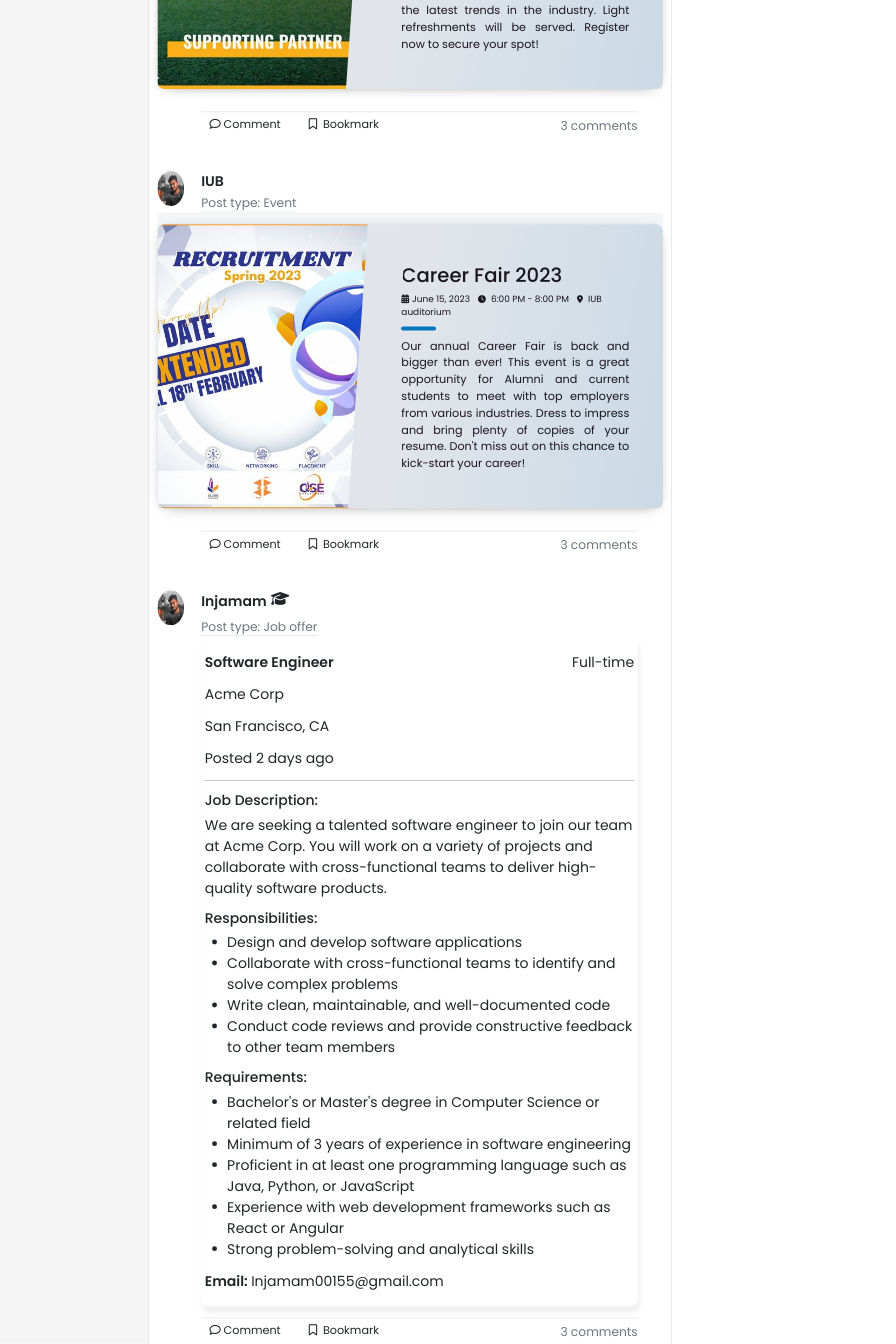
Repository: injamam00155/IUB_Alumni_Bridge
Page: Frontend/student/home.html
The author's editor kept a copy of each file at every save. The page is drawn from the files as they stood at one save, then again after the next save.
The browser window is 1280 px wide. The pictures show the part of the page from y = 995 to 2915 px (the page is 2915 px tall before and 2875 px after), at 70% of full size.
Some web fonts or font styles are not loaded; a fallback is used. Some web libraries are served in a nearby version.

Above is the page before, as saved 2023-04-04 21:26:37.

After the next save:
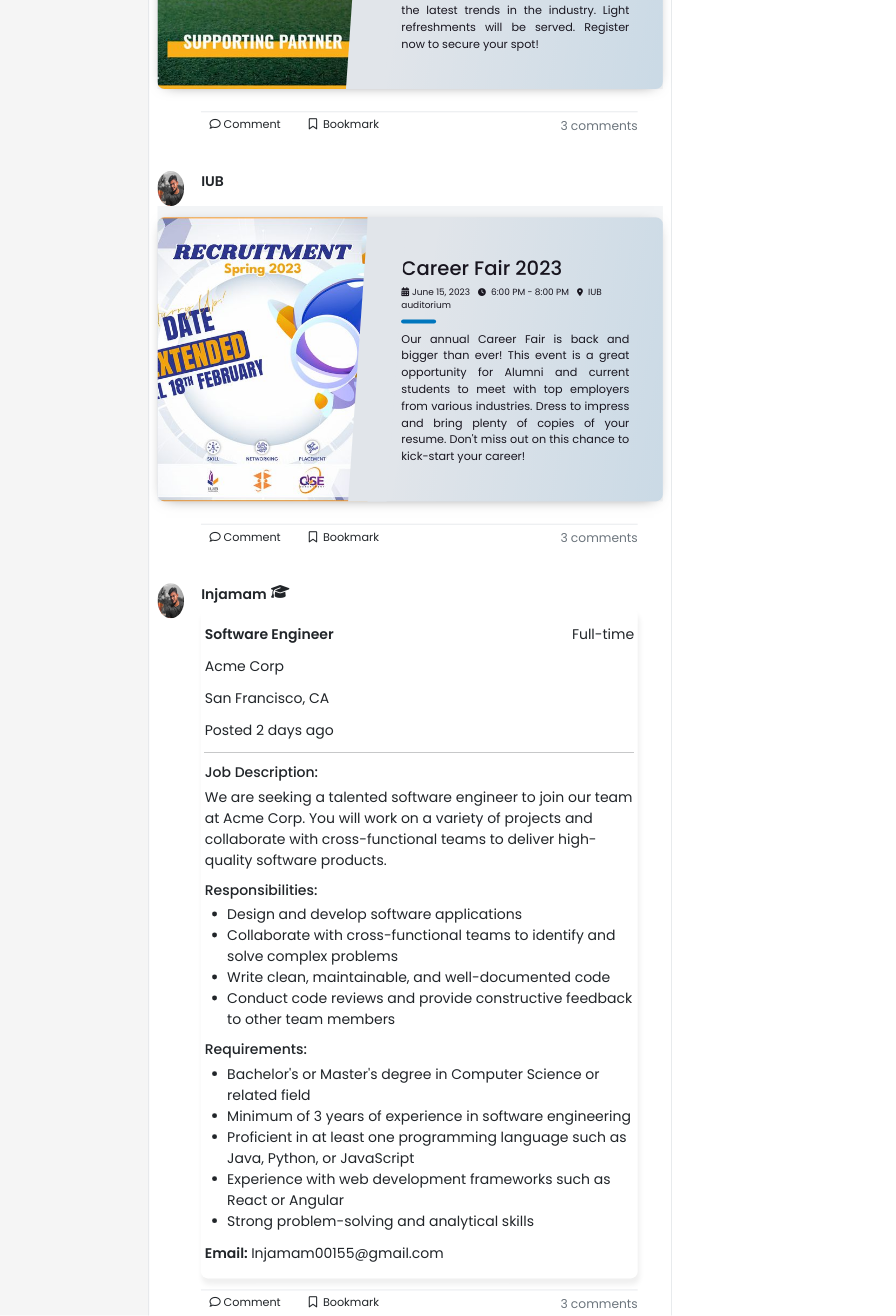
Saved 3 min 4 s later.
--- a/Frontend/student/home.html
+++ b/Frontend/student/home.html
@@ -264,7 +264,6 @@
                   </div>
                   <div class="col-10 col-lg-11 pe-5 fs-5">
                     <strong class="fs-5">IUB</strong>
-
                   </div>
                 </div>
                 <div class="row">
@@ -348,11 +347,6 @@
                   </div>
                   <div class="col-10 col-lg-11 pe-5 fs-5">
                     <strong class="fs-5">IUB</strong>
-                    <div class="event-container">
-                      <small class="text-muted border-bottom"
-                        >Post type: Event</small
-                      >
-                    </div>
                   </div>
                 </div>
                 <div class="row">
@@ -442,9 +436,6 @@
                     </div>
 
                     <div class="job-post">
-                      <small class="text-muted border-bottom"
-                        >Post type: Job offer</small
-                      >
                       <div class="post_body">
                         <div
                           class="job-header d-flex justify-content-between mt-3"
